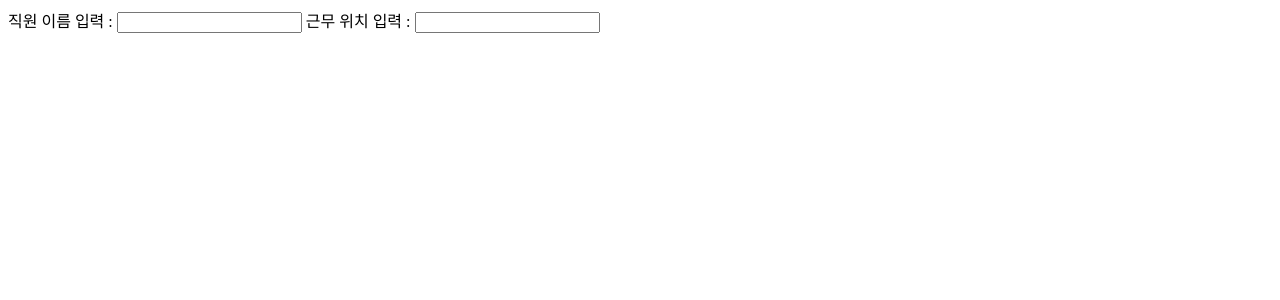
Repository: JUNGJAYOUNG/database_web
Page: http://localhost/day1112/empTest.jsp
These files come from the project's save history. The page is drawn as it stood at one moment and after the next save; the edit follows.
The browser window is 1280 px wide. The pictures show the whole page.
The page is served by Tomcat 9. Other server files are loaded and not shown.

Above is the page before, as saved 2021-11-12 08:26:00.

### day1112/src/main/webapp/empTest.jsp
<%@ page language="java" contentType="text/html; charset=EUC-KR"
    pageEncoding="EUC-KR"%>
<!DOCTYPE html>
<html>
<head>
<meta charset="EUC-KR">
<title>Insert title here</title>
</head>
<body>
	<from action="empTest.jsp" method = "post">
		직원 이름 입력 : <input type="text" name="ename">
		근무 위치 입력 : <input type="text" name="dloc">
	</from>

</body>
</html>

After the next save:
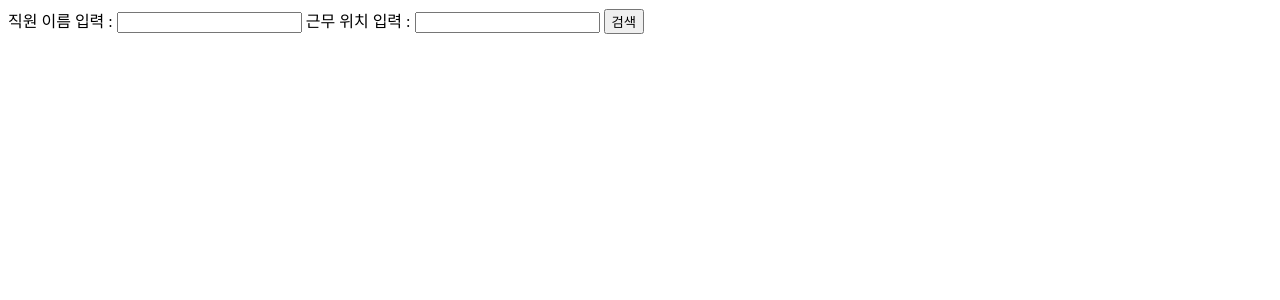
Saved 27 s later.
--- a/day1112/src/main/webapp/empTest.jsp
+++ b/day1112/src/main/webapp/empTest.jsp
@@ -10,7 +10,9 @@
 	<from action="empTest.jsp" method = "post">
 		직원 이름 입력 : <input type="text" name="ename">
 		근무 위치 입력 : <input type="text" name="dloc">
+		<input type="submit" value="검색">
 	</from>
+
 
 </body>
 </html>
